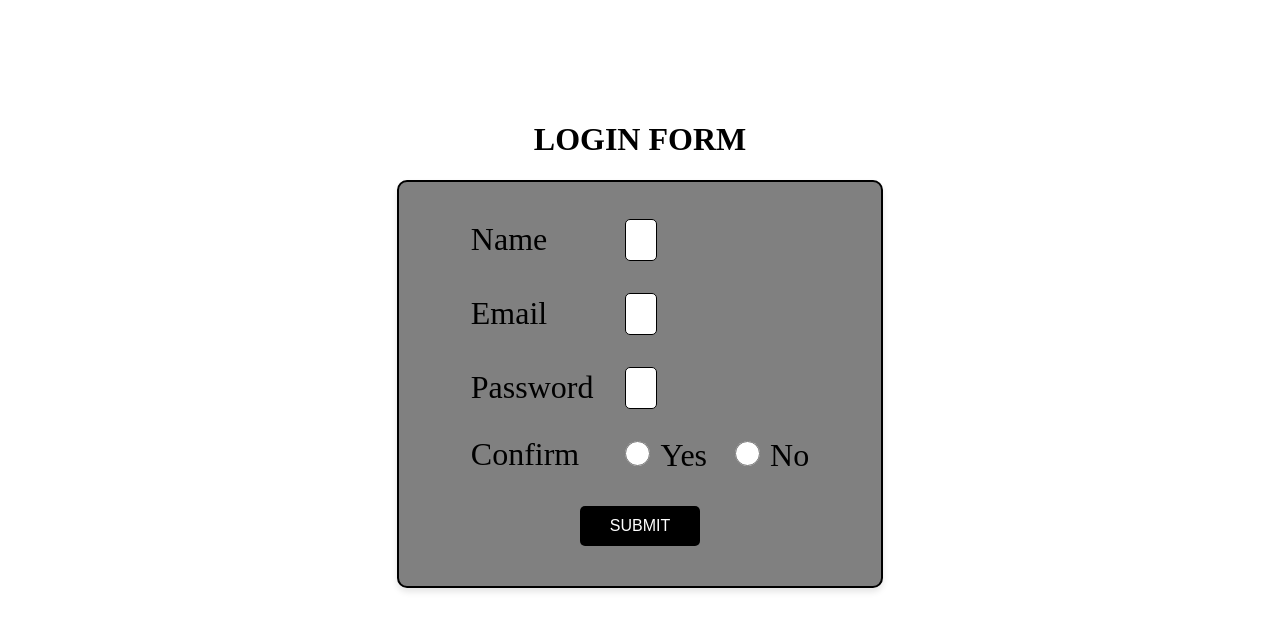
Repository: obusakthi539/Loginform
Page: Form.html
The author's editor kept a copy of each file at every save. The page is drawn from the files as they stood at one save, then again after the next save.
The browser window is 1280 px wide. The pictures show the whole page.

Above is the page before, as saved 2025-01-11 14:27:56.

### Form.html
<!DOCTYPE html>
<html lang="en">
<head>
    <meta charset="UTF-8">
    <meta name="viewport" content="width=device-width, initial-scale=1.0">
    <title>Document</title>
    <style>
        body {
            display: flex;
            flex-direction: column;
            align-items: center;
            justify-content: center;
            margin-top: 100px;
        }
        .a {
            background-color: gray;
            font-size: xx-large;
            width: 35%;
            display: flex;
            flex-direction: column;
            padding: 20px;
            border: 2px solid black;
            border-radius: 10px;
            box-shadow: 0px 4px 6px rgba(0, 0, 0, 0.1);
        }
        .a input {
            width: 20px;
            height: 30px;
            margin: 5px 0;
            border: 1px solid black;
            border-radius: 5px;
            padding: 5px;
        }
        #i {
            width: 25px;
            height: 25px;
            margin-right: 10px;
        }
        button {
            display: block;
            margin: 20px auto;
            width: 120px;
            height: 40px;
            background-color: black;
            color: white;
            border: none;
            border-radius: 5px;
            cursor: pointer;
            font-size: medium;
        }
        button:hover {
            background-color: darkgray;
        }
        table {
            margin: 0 auto;
        }
        table td {
            padding: 10px 15px; /* Add padding for spacing */
        }
    </style>
</head>
<body>
    <h1>LOGIN FORM</h1>
    <div class="a">
        <form action="">
            <table>
                <tr>
                    <td><label for="">Name</label></td>
                    <td><input type="text"></td>
                </tr>
                <tr>
                    <td><label for="">Email</label></td>
                    <td><input type="email"></td>
                </tr>
                <tr>
                    <td><label for="">Password</label></td>
                    <td><input type="password"></td>
                </tr>
                <tr>
                    <td><label for="">Confirm</label></td>
                    <td>
                        <input type="radio" name="a" id="i">Yes
                        <input type="radio" name="a" id="i" style="margin-left: 20px;">No
                    </td>
                </tr>
            </table>
            <button type="submit">SUBMIT</button>
        </form>
    </div>
</body>
</html>

After the next save:
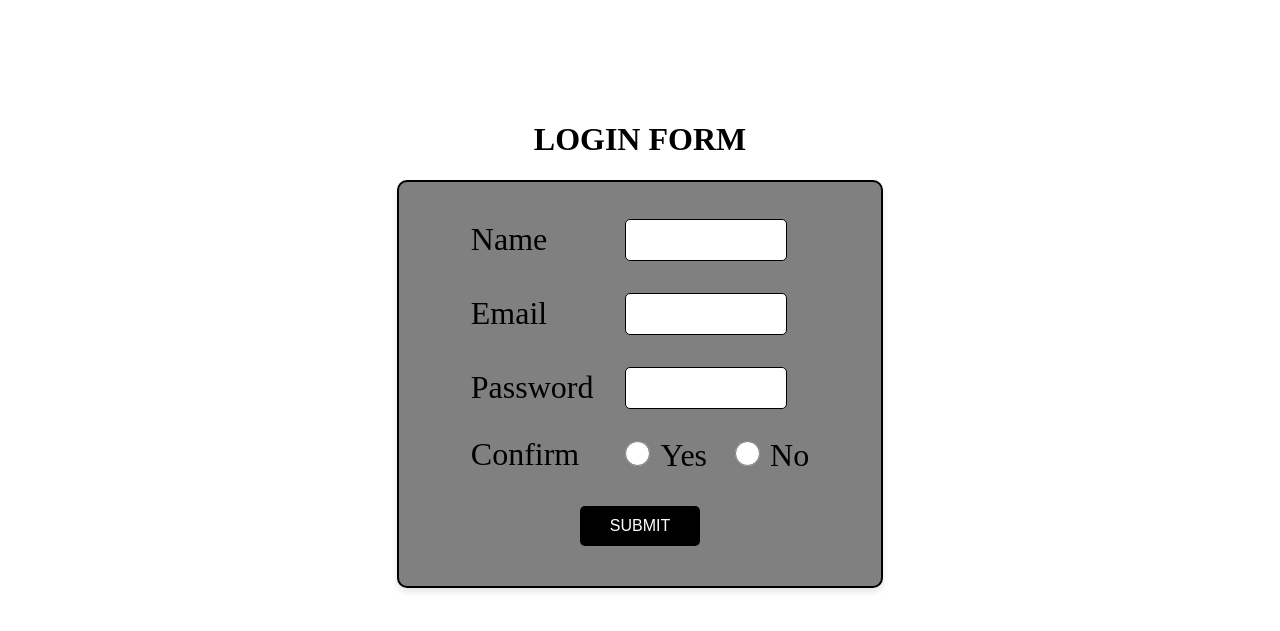
Saved 7 s later.
--- a/Form.html
+++ b/Form.html
@@ -24,7 +24,7 @@
             box-shadow: 0px 4px 6px rgba(0, 0, 0, 0.1);
         }
         .a input {
-            width: 20px;
+            width: 150px;
             height: 30px;
             margin: 5px 0;
             border: 1px solid black;
